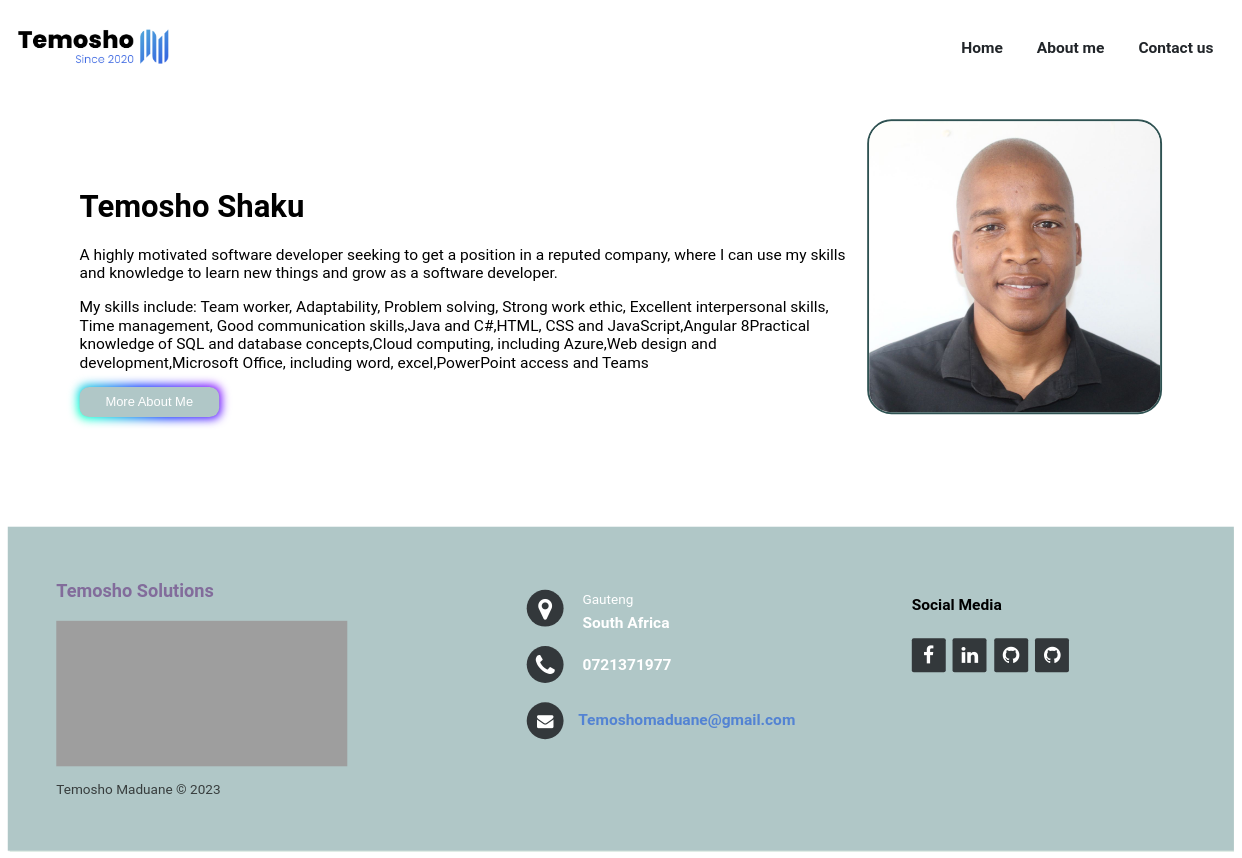
Repository: TemoshoS/T-Shaku
Page: index.html
The author's editor kept a copy of each file at every save. The page is drawn from the files as they stood at one save, then again after the next save.
The browser window is 1280 px wide. The pictures show the whole page, at 97% of full size.
Pictures or frames that could not be fetched are drawn as grey boxes. Some web libraries are served in a nearby version.

Above is the page before, as saved 2023-09-28 14:24:37.

### index.html
<!DOCTYPE html>
<html>
  <title>Temosho Shaku</title>
  <meta charset="UTF-8">
        <meta name="viewport" content="width=device-width,initial-scale=1">


        <link rel="stylesheet" href="./css/style.css">

        <link rel="stylesheet" href="http://maxcdn.bootstrapcdn.com/font-awesome/4.2.0/css/font-awesome.min.css">
        <link href="http://fonts.googleapis.com/css?family=Cookie" rel="stylesheet" type="text/css">
  <body>

    <head>
      <div>
        <table style="width: 100%;">
          <tr>
            <td>
              <a href="index.html">
                <img src="./images/logo.png" style="height: 50px;" alt="No logo" />
              </a>
            </td>
            <td align="right">
              <nav  >

                <ul >
                    <a href="index.html" class="nav-link" ><b>Home</b></a>
                    <a href="about.html" class="nav-link"><b>About me</b></a>
                    <a href="contact.html" class="nav-link"><b>Contact us</b></a>
                </ul>
              </nav>
            </td>
          </tr>
        </table>
      </div>
    </head>


    <main>
      <table style="width: 100%; height: 300px">

        <tr>
          <td style="padding-left: 10vh; padding-top: 50px">
            <h1 id ="name"></h1>
            <p style="width: 100%" id="para"></p>
            <p style="width: 100%" id="para1"></p>
            <button onclick="window.location.href='about.html'" class="buttonmore">More About Me</button>



          </td>
          <td align="right" style="padding-right: 10vh; padding-top: 30px; padding-bottom: 30px">
            <img
              src ="./images/Temosho.jpg" alt="No picture" width="300px" height="300px" style="border-radius: 25px; object-fit: cover; border: 2px solid rgb(47, 82, 82);"
            />
          </td>
        </tr>
      </table>
    </main>


    <footer class="footer-distributed">
      <div class="footer-left">

          <h3><span>Temosho Solutions</span></h3>
          <p class="footer-links">
            <iframe src="https://www.google.com/maps/embed?pb=!1m18!1m12!1m3!1d57373.12731923028!2d28.183328280934226!3d-26.00669819115315!2m3!1f0!2f0!3f0!3m2!1i1024!2i768!4f13.1!3m3!1m2!1s0x1e956bed9ab01b69%3A0xc853e498933bab2e!2sTembisa%2C%201632!5e0!3m2!1sen!2sza!4v1676883111483!5m2!1sen!2sza"  width="300" height="150" style="border:0;" allowfullscreen="" loping="lazy"></iframe>


          </p>


          <p class="footer-portfolio-name">Temosho Maduane &copy; 2023</p>
      </div>

      <div class="footer-center">

          <div>
              <i class="fa fa-map-marker"></i>
              <p><span>Gauteng</span>South Africa</p>
          </div>
          <div>
              <i class="fa fa-phone"></i>
              <p>0721371977</p>
          </p>

          </div>
          <div>

              <p><a href="temoshomaduane@gmail.com"><i class="fa fa-envelope"></i>Temoshomaduane@gmail.com</a>
              </p>
          </div>
      </div>

      <div class="footer-right">
              <p >
                  Social Media
              </p>

              <div class="footer-icons">
                  <a href="https://m.facebook.com/temosho.shaku"><i class="fa fa-facebook"></i></a>
                  <a href="https://www.linkedin.com/mwlite/in/temosho-shaku-a2598917b"><i class="fa fa-linkedin"></i></a>
                  <a href="https://github.com/TemoshoS"><i class="fa fa-github"></i></a>
                  <a href="https://api.whatsapp.com/send?phone=27 721371977"><i class="fa fa-github"></i></a>

              </div>

      </div>
  </footer>
  <script src="./javascript/index.js"></script>
  </body>
</html>

### css/style.css
/*Navigation bar*/
.nav-link {
	text-decoration: none;
	display: inline-block;
	padding: 13px 13px;
	color: #212529;
	margin-right: 5px;
  }

  .nav-link:hover {
	text-decoration:none;
	border-bottom: 2px solid #84e7ee;
  }


@import url("https://fonts.googleapis.com/css2?family=Roboto:wght@100&display=swap");
h1,
h2,
h3,
h4,
h5,
h6,
p,
a,
label,
address,
input {
	font-family: "Roboto", sans-serif;
}

/*button*/

.buttonmore {
	padding: 0.6em 2em;
	border: none;
	outline: none;
	color: rgb(255, 255, 255);
	cursor: pointer;
	position: relative;
	z-index: 0;
	border-radius: 10px;
	user-select: none;
	-webkit-user-select: none;
	touch-action: manipulation;
  }

  .buttonmore:before {
	content: "";
	background: linear-gradient(
	  45deg,
	  #ff0000,
	  #ff7300,
	  #fffb00,
	  #48ff00,
	  #00ffd5,
	  #002bff,
	  #7a00ff,
	  #ff00c8,
	  #ff0000
	);
	position: absolute;
	top: -2px;
	left: -2px;
	background-size: 400%;
	z-index: -1;
	filter: blur(5px);
	-webkit-filter: blur(5px);
	width: calc(100% + 4px);
	height: calc(100% + 4px);
	animation: glowing-button-85 20s linear infinite;
	transition: opacity 0.3s ease-in-out;
	border-radius: 10px;
  }

  @keyframes glowing-button-85 {
	0% {
	  background-position: 0 0;
	}
	50% {
	  background-position: 400% 0;
	}
	100% {
	  background-position: 0 0;
	}
  }

  .buttonmore:after {
	z-index: -1;
	content: "";
	position: absolute;
	width: 100%;
	height: 100%;
	background: #b0c7c7;
	left: 0;
	top: 0;
	border-radius: 10px;
  }
/*Contact form*/
.contactform {


	border-radius: 5px;
	background-color: #f2f2f2;
	padding: 20px;
	width: 400px;
	margin-left: auto;
	margin-right: auto;

}



.footer-distributed{
	background-color: #b0c7c7;
	box-shadow: 0 1px 1px 0 rgba(5, 110, 52, 0.12);
	box-sizing: border-box;
	width: 100%;
	text-align: left;
	font: bold 16px sans-serif;

	padding: 55px 50px;
	margin-top: 80px;
}

.footer-distributed .footer-left,
.footer-distributed .footer-center,
.footer-distributed .footer-right{
	display: inline-block;
	vertical-align: top;
}

.footer-distributed .footer-left{
	width: 40%;
}

.footer-distributed h3{
	color:  #ffffff;

	margin: 0;
}

.footer-distributed h3 span{
	color:  #826c9b;
}


.footer-distributed .footer-links{
	color:  #ffffff;
	margin: 20px 0 12px;
	padding: 0;
}

.footer-distributed .footer-links a{
	display:inline-block;
	line-height: 1.8;
	text-decoration: none;
	color:  inherit;
}

.footer-distributed .footer-portfolio-name{
	color:  #373d3d;
	font-size: 14px;
	font-weight: normal;
	margin: 0;
}


.footer-distributed .footer-center{
	width: 35%;
}

.footer-distributed .footer-center i{
	background-color:  #33383b;
	color: #ffffff;
	font-size: 25px;
	width: 38px;
	height: 38px;
	border-radius: 50%;
	text-align: center;
	line-height: 42px;
	margin: 10px 15px;
	vertical-align: middle;
}

.footer-distributed .footer-center i.fa-envelope{
	font-size: 17px;
	line-height: 38px;
}

.footer-distributed .footer-center p{
	display: inline-block;
	color: #ffffff;
	vertical-align: middle;
	margin:0;
}

.footer-distributed .footer-center p span{
	display:block;
	font-weight: normal;
	font-size:14px;
	line-height:2;
}

.footer-distributed .footer-center p a{
	color:  #5383d3;
	text-decoration: none;;
}

.footer-distributed .footer-right{
	width: 20%;
}

.footer-distributed .footer-portfolio-about{
	line-height: 20px;
	color:  #92999f;
	font-size: 13px;
	font-weight: normal;
	margin: 0;
}

.footer-distributed .footer-portfolio-about span{
	display: block;
	color:  #ffffff;
	font-size: 14px;
	font-weight: bold;
	margin-bottom: 20px;
}

.footer-distributed .footer-icons{
	margin-top: 25px;
}

.footer-distributed .footer-icons a{
	display: inline-block;
	width: 35px;
	height: 35px;
	cursor: pointer;
	background-color:  #33383b;
	border-radius: 2px;

	font-size: 20px;
	color: #ffffff;
	text-align: center;
	line-height: 35px;

	margin-right: 3px;
	margin-bottom: 5px;
}


@media (max-width: 880px) {

	.footer-distributed{
		font: bold 14px sans-serif;

	}

	.footer-distributed .footer-left,
	.footer-distributed .footer-center,
	.footer-distributed .footer-right{
		display: block;
		width: 100%;
		margin-bottom: 40px;
		text-align: center;
	}

	.footer-distributed .footer-center i{
		margin-left: 0;
	}


}

### javascript/index.js

document.getElementById("name").innerHTML = "Temosho Shaku";

document.getElementById("para").innerHTML = "A highly motivated software developer seeking to get a position in a reputed company, where I can use my skills and knowledge to learn new things and grow as a software developer.";

document.getElementById("para1").innerHTML = "My skills include: Team worker, Adaptability, Problem solving, Strong work ethic, Excellent interpersonal skills, Time management, Good communication skills,Java and C#,HTML, CSS and JavaScript,Angular 8Practical knowledge of SQL and database concepts,Cloud computing, including Azure,Web design and development,Microsoft Office, including word, excel,PowerPoint access and Teams";

After the next save:
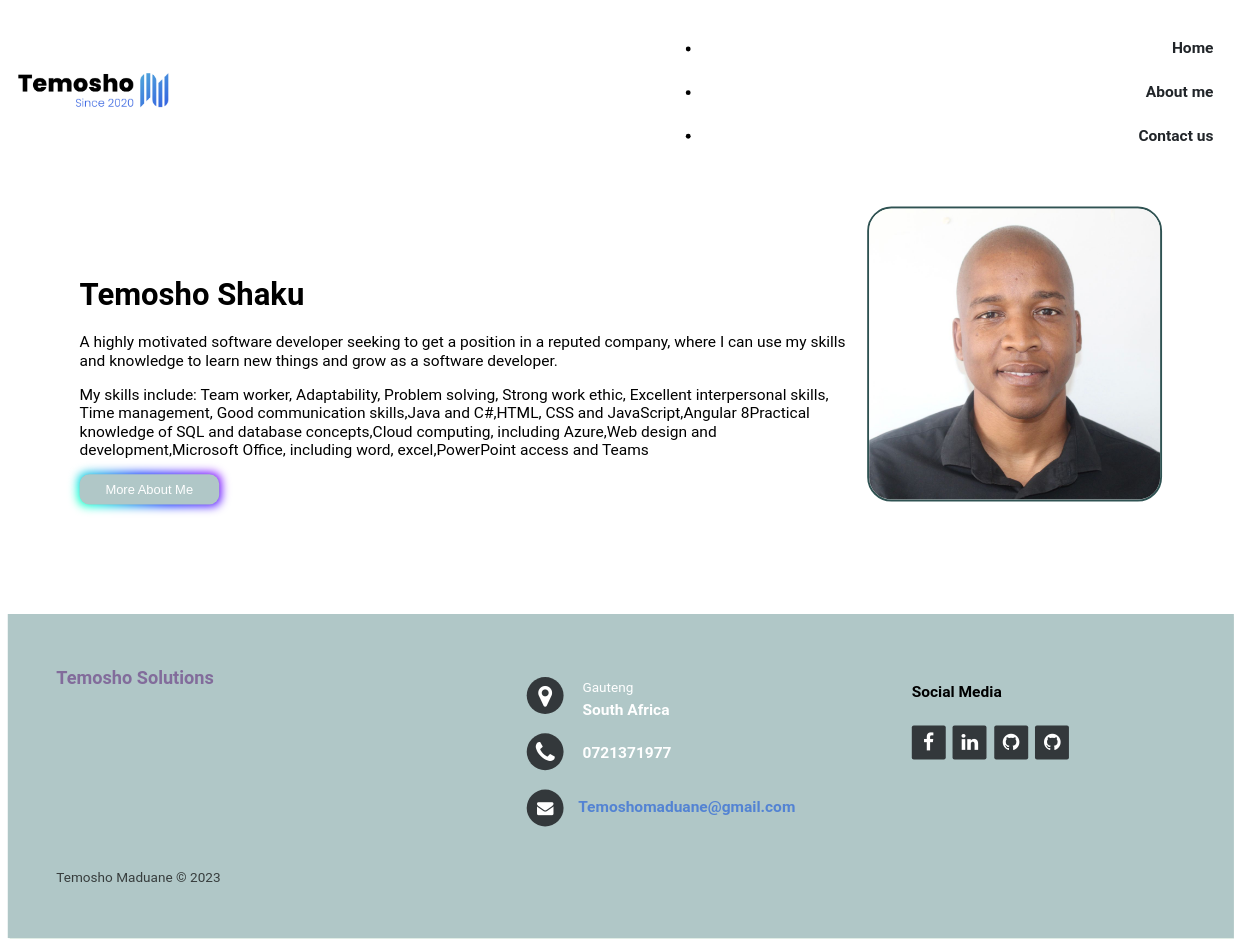
Saved 4 min 33 s later.
--- a/index.html
+++ b/index.html
@@ -11,29 +11,36 @@
         <link href="http://fonts.googleapis.com/css?family=Cookie" rel="stylesheet" type="text/css">
   <body>
 
-    <head>
+    <header>
       <div>
-        <table style="width: 100%;">
-          <tr>
-            <td>
-              <a href="index.html">
-                <img src="./images/logo.png" style="height: 50px;" alt="No logo" />
-              </a>
-            </td>
-            <td align="right">
-              <nav  >
+          <table style="width: 100%;">
+              <tr>
+                  <td>
+                      <a href="index.html">
+                          <img src="./images/logo.png" style="height: 50px;" alt="No logo" />
+                      </a>
+                  </td>
+                  <td align="right">
+                      <nav>
+                          <!-- Mobile Menu Icon -->
+                          <div class="menu-icon" onclick="toggleMenu()">
+                              <div class="bar"></div>
+                              <div class="bar"></div>
+                              <div class="bar"></div>
+                          </div>
+                          <!-- Navigation Links (Initially Hidden) -->
+                          <ul class="nav-links">
+                              <li><a href="index.html" class="nav-link"><b>Home</b></a></li>
+                              <li><a href="about.html" class="nav-link"><b>About me</b></a></li>
+                              <li><a href="contact.html" class="nav-link"><b>Contact us</b></a></li>
+                          </ul>
+                      </nav>
+                  </td>
+              </tr>
+          </table>
+      </div>
+  </header>
 
-                <ul >
-                    <a href="index.html" class="nav-link" ><b>Home</b></a>
-                    <a href="about.html" class="nav-link"><b>About me</b></a>
-                    <a href="contact.html" class="nav-link"><b>Contact us</b></a>
-                </ul>
-              </nav>
-            </td>
-          </tr>
-        </table>
-      </div>
-    </head>
 
 
     <main>
